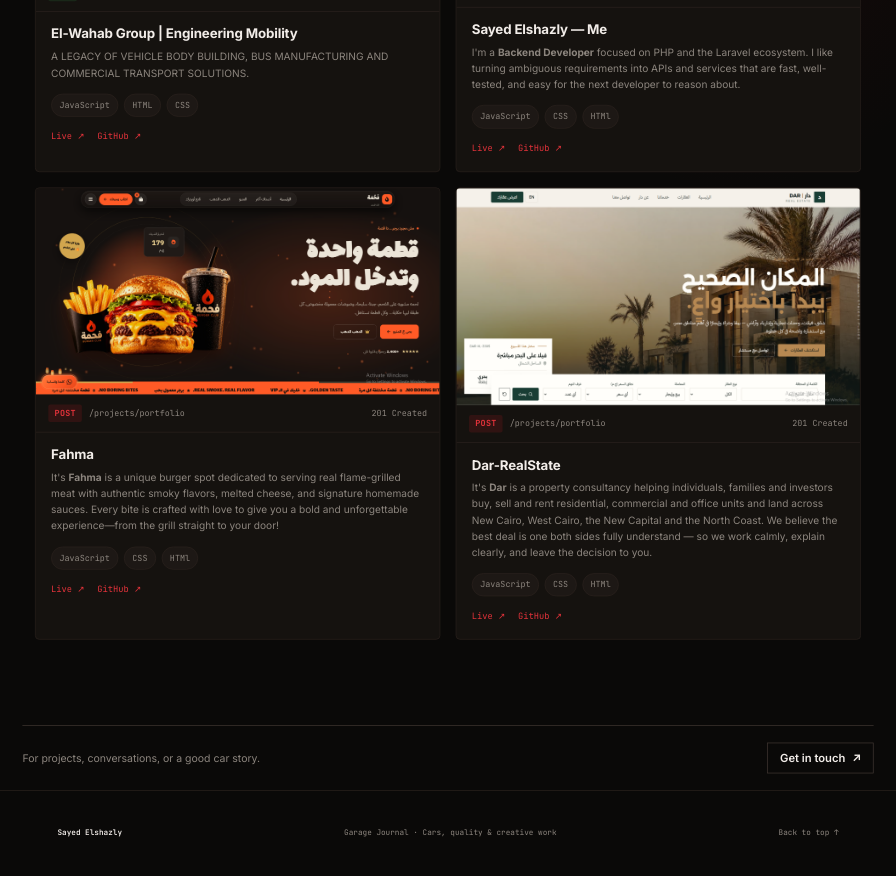
Repository: sayedelshazly/Portfolio.SE
Page: projects.html
These files come from the project's save history. The page is drawn as it stood at one moment and after the next save; the edit follows.
The browser window is 1280 px wide. The pictures show the part of the page from y = 747 to 2667 px (the page is 1999 px tall before and 2667 px after), at 70% of full size.

Above is the page before, as saved 2026-11-01 00:01:42.
Console error: TypeError: Cannot read properties of null (reading 'addEventListener')

After the next save:
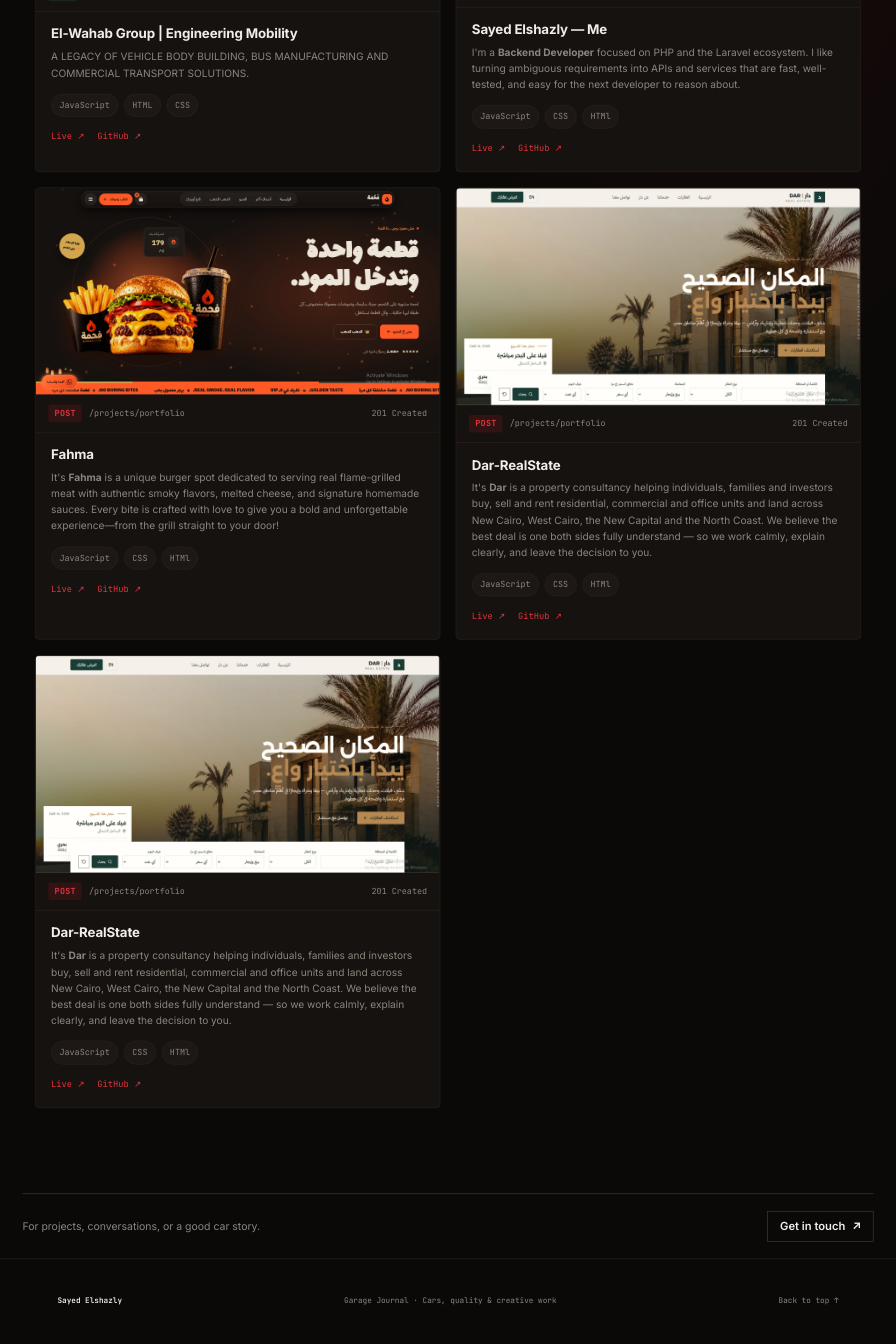
Saved 12 s later.
--- a/projects.html
+++ b/projects.html
@@ -189,6 +189,33 @@
                         </div>
                     </div>
                 </div>
+                <div class="project-card">
+                    <figure class="project-visual">
+                        <img src="./assets/blog/Screenshot (388)(1).png" alt="Illustrative booking calendar preview"
+                            loading="lazy" decoding="async">
+                    </figure>
+                    <div class="pc-top">
+                        <span class="method post">POST</span>
+                        <span class="route">/projects/portfolio</span>
+                        <span class="status-code">201 Created</span>
+                    </div>
+                    <div class="pc-body">
+                        <h3>Dar-RealState</h3>
+                        <p>It's <b>Dar</b> is a property consultancy helping individuals, families and investors
+                            buy, sell and rent residential, commercial and office units and land across New Cairo, West
+                            Cairo, the New Capital and the North Coast.
+
+                            We believe the best deal is one both sides fully understand — so we work calmly, explain
+                            clearly, and leave the decision to you.</p>
+                        <div class="tag-row" style="margin-bottom:18px;">
+                            <span class="tag">JavaScript</span><span class="tag">CSS</span><span class="tag">HTMl</span>
+                        </div>
+                        <div class="pc-links">
+                            <a href="https://dar-real-state.vercel.app" target="_blank">Live ↗</a>
+                            <a href="#">GitHub ↗</a>
+                        </div>
+                    </div>
+                </div>
 
             </div>
         </section>
